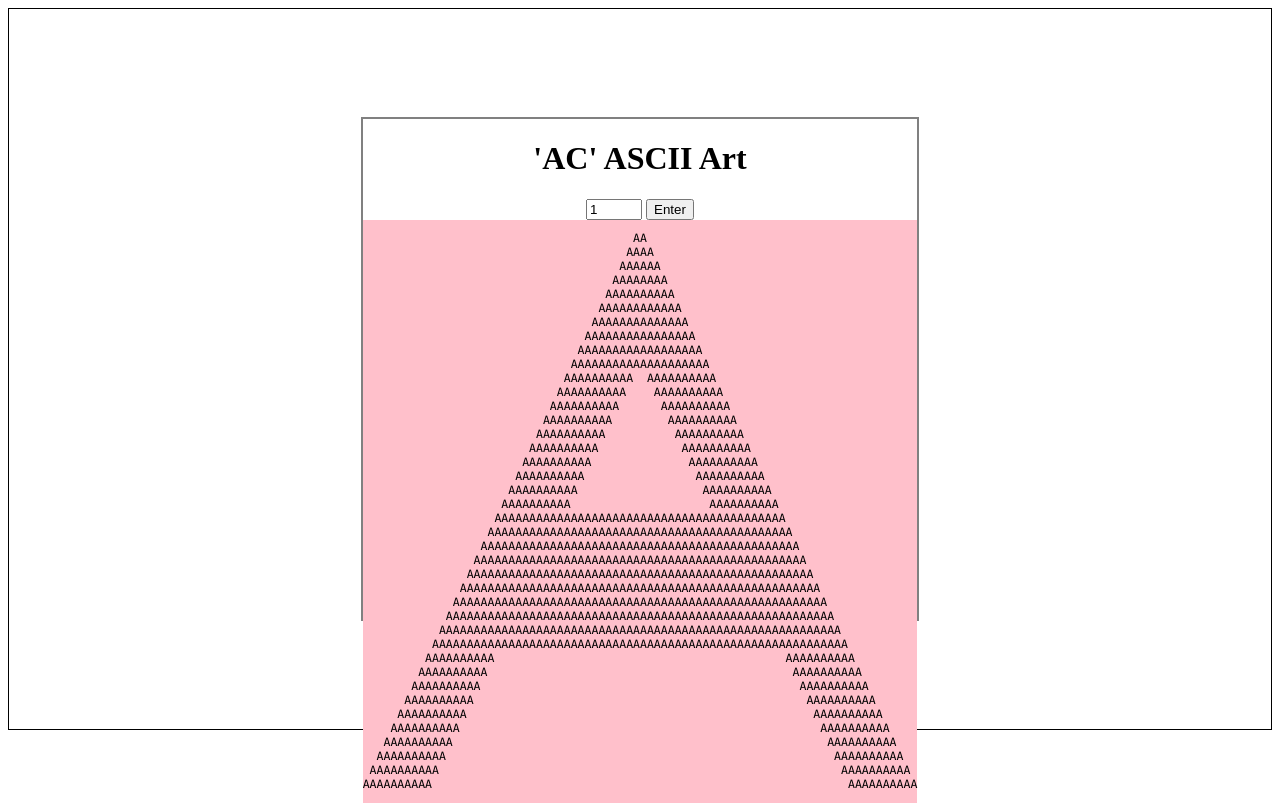
Repository: Achorn/ascii-art
Page: index.html
The author's editor kept a copy of each file at every save. The page is drawn from the files as they stood at one save, then again after the next save.
The browser window is 1280 px wide. The pictures show the whole page.

Above is the page before, as saved 2021-08-09 18:43:58.

After the next save:
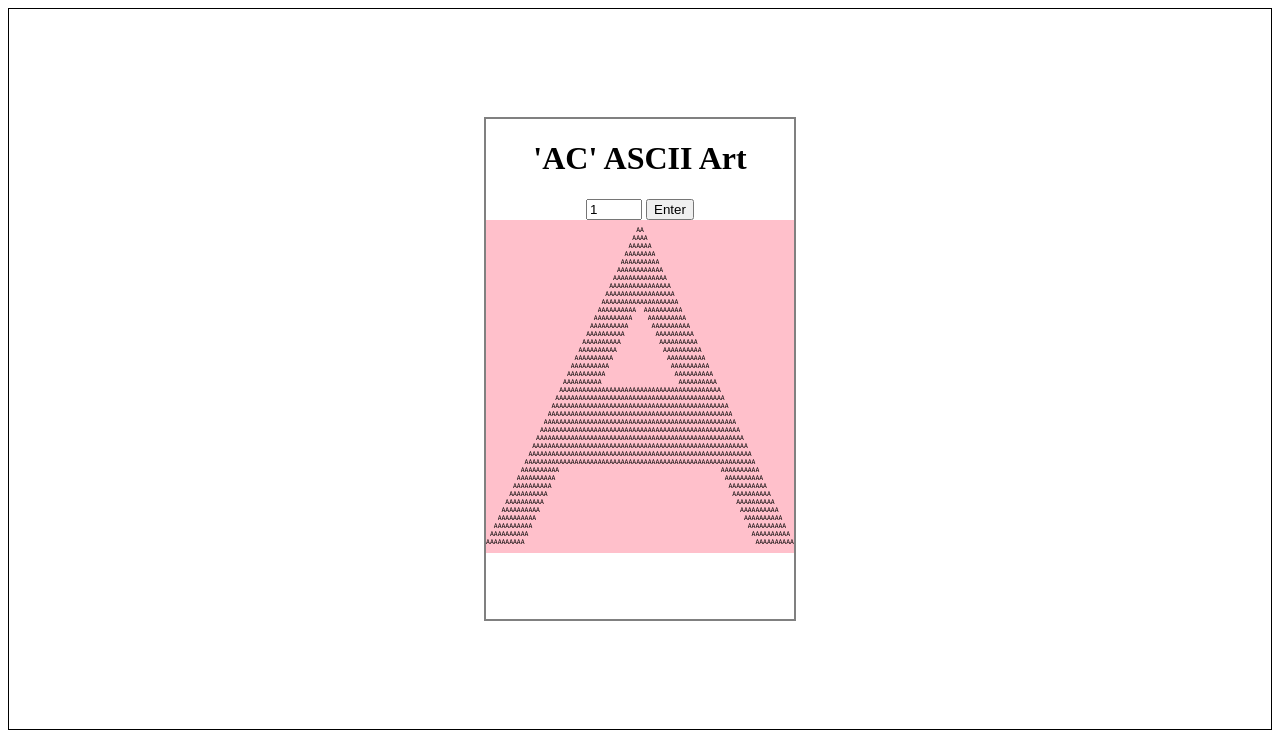
Saved 7 s later.
--- a/myscripts.js
+++ b/myscripts.js
@@ -80,7 +80,7 @@ trimA(scaledFour, scale);
 let scaledEight = scaleSpread(eight, 5);
 trimA(scaledEight, 4);
 // mono.innerHTML = halfArrToString(scaleSpread(four, 7));
-monoA.style.fontSize = `${9 / scale}vw`;
+monoA.style.fontSize = `${5 / scale}vw`;
 // monoC.style.fontSize = `${4 / scale}em`;
 monoA.innerHTML = halfArrToString(scaledFour);
 // monoC.innerHTML = arrToString(scaledEight);
